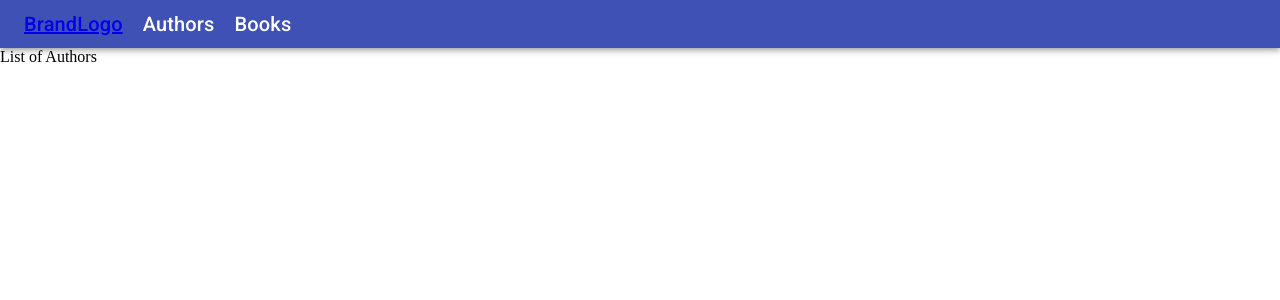
Repository: Sociophuck/00007494
Page: /authors (app in front/)
An editor plug-in stored every save of this project. The page is shown before and after the next save, followed by the edit.
The browser window is 1280 px wide. The pictures show the whole page.
The project was rebuilt for these pictures with package versions that can differ from the ones it lists, and the page was loaded fresh each time. Also part of the build but not shown: front/src/App.css, front/src/Book.js, front/src/Home.js.

Above is the page before, as saved 2021-04-04 11:03:58.

After the next save:
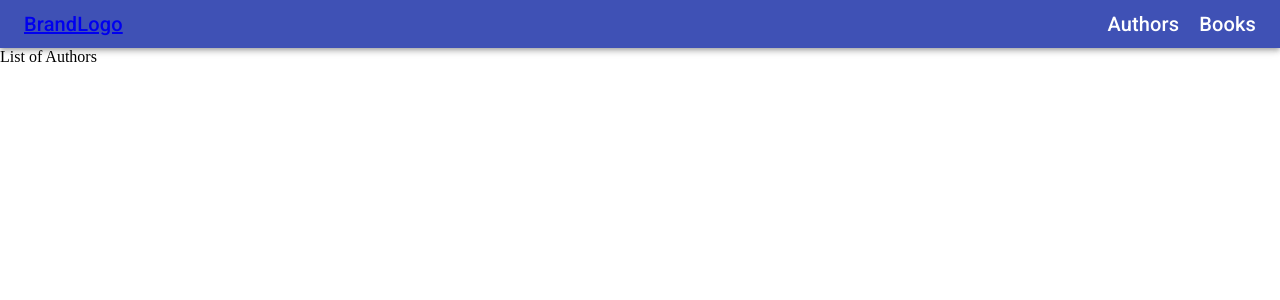
Saved 25 s later.
--- a/front/src/NavBar.js
+++ b/front/src/NavBar.js
@@ -21,11 +21,10 @@ function NavBar() {
     <div className={classes.root}>
       <AppBar position="static">
         <Toolbar variant="dense">
-          <Link to="/">
-            <Typography className={classes.logo} variant="h6" color="inherit">
-              BrandLogo
-            </Typography>
-          </Link>
+          <Typography className={classes.logo} variant="h6" color="inherit">
+            <Link to="/">BrandLogo </Link>
+          </Typography>
+
           <div className="header-links">
             <Link to="/authors">
               <Typography variant="h6" color="inherit">
